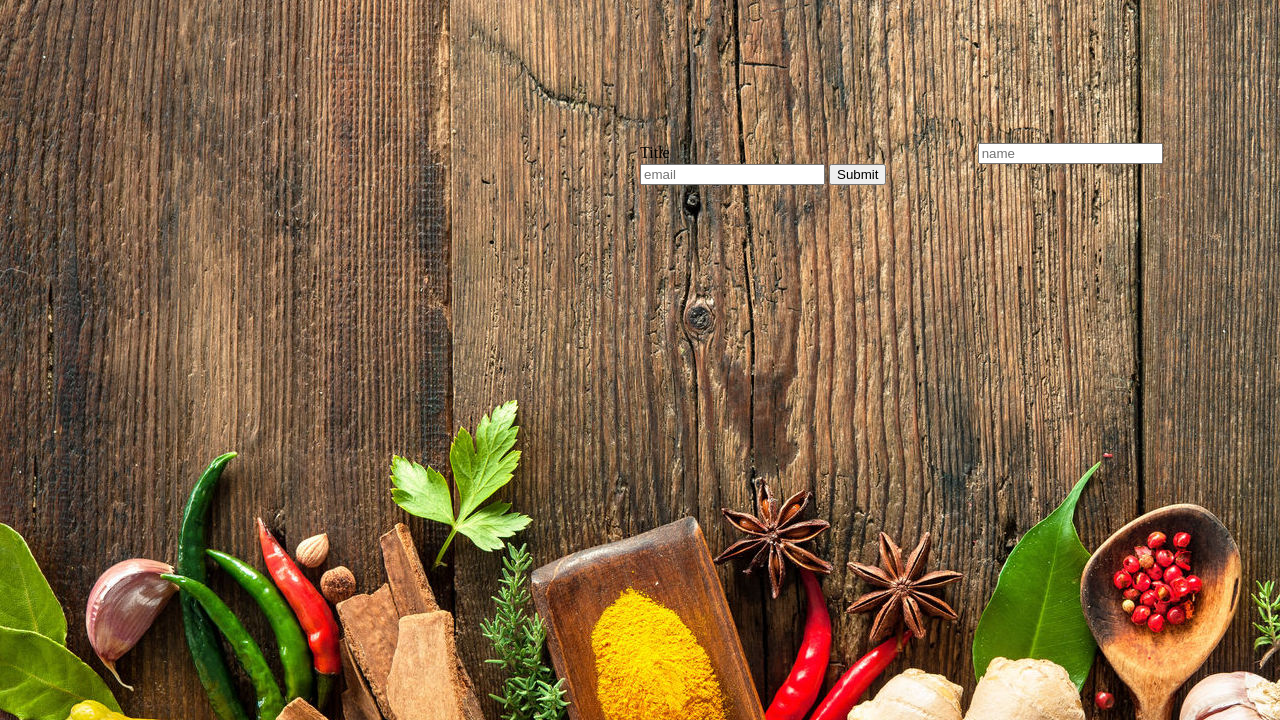
Repository: 43320888/upwork
Page: index.html
An editor plug-in stored every save of this project. The page is shown before and after the next save, followed by the edit.
The browser window is 1280 px wide. The pictures show the whole page.

Above is the page before, as saved 2019-01-16 12:32:45.

After the next save:
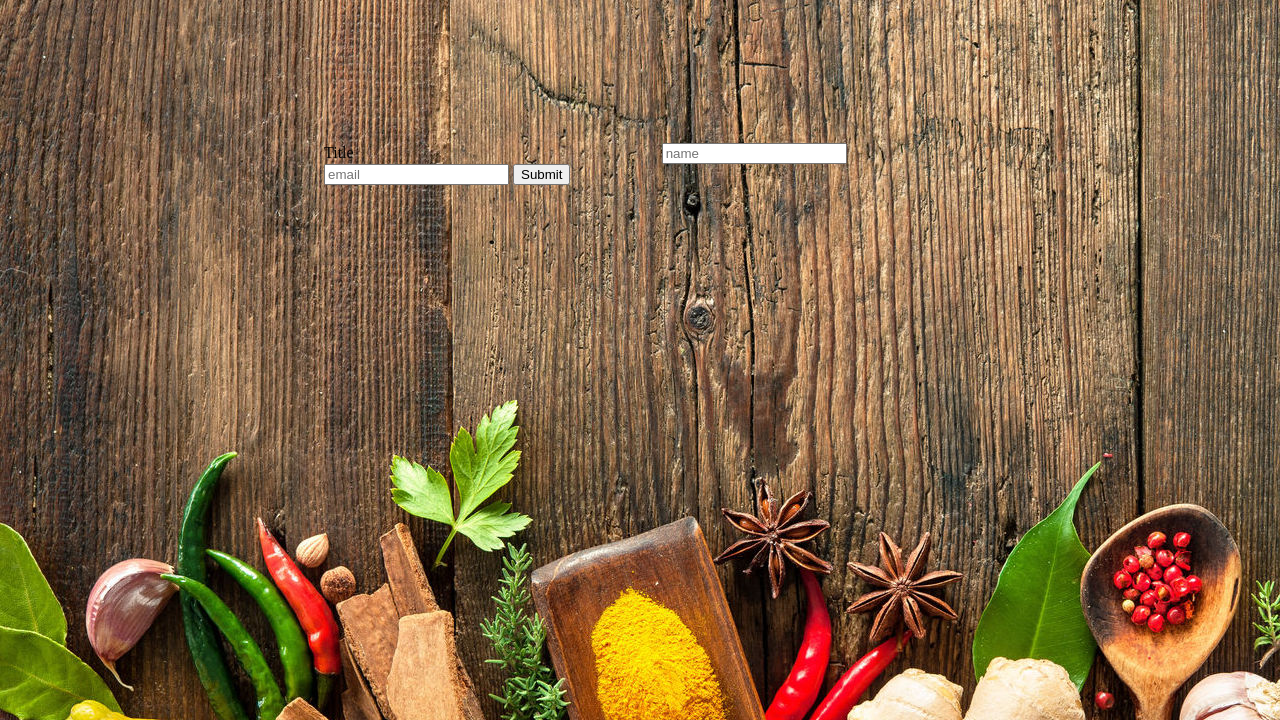
Saved 17 s later.
--- a/style.css
+++ b/style.css
@@ -5,4 +5,5 @@
 }
 .spin-table > div {
 	margin-left: 50%;
+	transform: translateX(-50%)
 }
